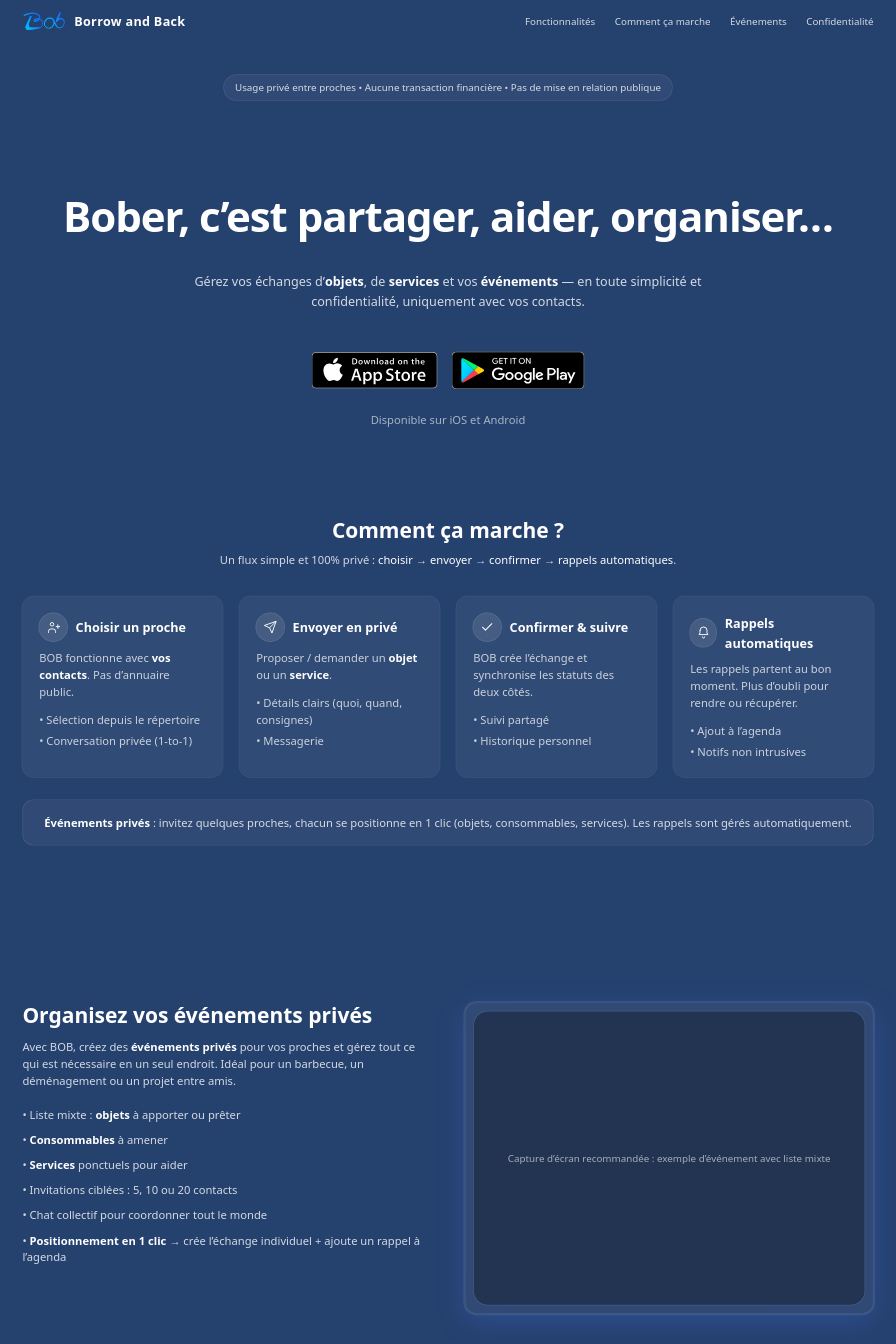
Repository: JeanCharlesMEILLAND/new-bob
Page: /
An editor plug-in stored every save of this project. The page is shown before and after the next save, followed by the edit.
The browser window is 1280 px wide. The pictures show the part of the page from y = 0 to 1920 px (the page is 3274 px tall), at 70% of full size.
The page's requests for data from a server got no answer. The project was rebuilt for these pictures with package versions that can differ from the ones it lists, and the page was loaded fresh each time. The framework's server and built-in components were replaced by stand-ins that run in the browser. No one was signed in, and anything a server would have sent is missing. Also part of the build but not shown: next.config.ts.

Above is the page before, as saved 2025-08-12 15:57:21.

### src/app/layout.tsx
import type { Metadata } from 'next'
import './globals.css'
import { inter, jakarta } from './fonts'
import Navbar from '@/components/Navbar'
import Footer from '@/components/Footer'
import Analytics from '@/components/Analytics'

const name = process.env.NEXT_PUBLIC_SITE_NAME || 'BOB'
const baseUrl = process.env.NEXT_PUBLIC_SITE_URL || 'https://new-bob.vercel.app'

export const metadata: Metadata = {
  metadataBase: new URL(baseUrl),
  title: `${name} — Échanges privés entre proches`,
  description:
    `${name} vous aide à prêter, emprunter et organiser des événements en privé avec vos contacts. ` +
    `Aucune transaction financière. Aucune mise en relation publique.`,
  alternates: { canonical: '/' },
  openGraph: {
    title: `${name} — Échanges privés entre proches`,
    description:
      `Gérez vos prêts d’objets, coups de main et événements avec vos proches — simplement et en toute confidentialité. ` +
      `Pas de paiements, pas d’annuaire public.`,
    url: baseUrl,
    siteName: name,
    images: [
      // Généré par app/opengraph-image.tsx (ci-dessous) + fallback static
      { url: '/api/og', width: 1200, height: 630, alt: `${name} — Aperçu` },
      { url: '/og.png', width: 1200, height: 630, alt: `${name} — Aperçu (fallback)` },
    ],
    locale: 'fr_FR',
    type: 'website',
  },
  twitter: {
    card: 'summary_large_image',
    title: `${name} — Échanges privés entre proches`,
    description: `Prêts d’objets & services entre contacts. Aucune transaction financière.`,
    images: ['/api/og', '/og.png'],
    site: '@', // ton handle si tu en as un
    creator: '@', // idem
  },
  robots: { index: true, follow: true },
}

export default function RootLayout({ children }: { children: React.ReactNode }) {
  return (
    <html lang="fr" className={`${inter.variable} ${jakarta.variable}`}>
      <body className="min-h-screen bg-[--bg] text-[--fg] antialiased">
        <Navbar />
        <main>{children}</main>
        <Footer />
        <Analytics />
      </body>
    </html>
  )
}

### src/app/page.tsx
import Hero from '@/components/sections/Hero'
import Features from '@/components/sections/Features'
import HowItWorks from '@/components/sections/HowItWorks'
import Testimonials from '@/components/sections/Testimonials'
import Events from '@/components/sections/Events'

export default function Page() {
  return (
    <>
      <Hero />
      <HowItWorks />
      <Events />
      <Features />
      <Testimonials />
    </>
  )
}

### src/app/globals.css
@import "tailwindcss";

:root {
  --bg: #25416E;
  --fg: #ffffff;
}

html, body {
  scroll-behavior: smooth;
  background: var(--bg);
  color: var(--fg);
}

/* === Tokens Tailwind v4 pour tes classes custom === */
@theme {
  /* Colors */
  --color-ink: #0f172a;
  --color-brand-50:  #f3f7ff;
  --color-brand-100: #e8efff;
  --color-brand-200: #cfe0ff;
  --color-brand-300: #a6c2ff;
  --color-brand-400: #7ba1ff;
  --color-brand-500: #4b7bff;
  --color-brand-600: #2f5df3;
  --color-brand-700: #2549c6;
  --color-brand-800: #1f3ca0;
  --color-brand-900: #0F55C5;

  /* Radius */
  --radius-xl2: 1.25rem; /* => rounded-xl2 */

  /* Shadows */
  --shadow-glow: 0 0 0 2px rgba(255,255,255,0.08),
                 0 10px 40px rgba(75,123,255,0.25); /* => shadow-glow */
}
.container-gutter {
  @apply mx-auto max-w-7xl px-6 md:px-8;
}

.section {
  @apply py-20 md:py-28;
}

.card {
  @apply rounded-2xl bg-white/5 ring-1 ring-white/10 backdrop-blur;
}

.gradient-text {
  background: linear-gradient(90deg, #0F55C5 0%, #22c55e 100%);
  -webkit-background-clip: text;
  -webkit-text-fill-color: transparent;
  background-clip: text;
  color: transparent;
}

.bg-grid {
  background-image: linear-gradient(to right, rgba(255,255,255,0.06) 1px, transparent 1px),
    linear-gradient(to bottom, rgba(255,255,255,0.06) 1px, transparent 1px);
  background-size: 24px 24px;
}

*:focus-visible {
  outline: 2px solid rgba(75,123,255,0.9);
  outline-offset: 2px;
}

### src/app/fonts.ts
import { Inter, Plus_Jakarta_Sans } from 'next/font/google'

export const inter = Inter({
  subsets: ['latin'],
  variable: '--font-inter',
  display: 'swap',
})

export const jakarta = Plus_Jakarta_Sans({
  subsets: ['latin'],
  variable: '--font-jakarta',
  display: 'swap',
})

### src/components/Navbar.tsx
'use client'

import { useState, useEffect } from 'react'
import Link from 'next/link'
import Image from 'next/image'
import Container from './ui/Container'
import { clsx } from 'clsx'

export default function Navbar() {
  const [scrolled, setScrolled] = useState(false)
  const [open, setOpen] = useState(false)
  const MENU_ID = 'mobile-nav'

  useEffect(() => {
    const onScroll = () => setScrolled(window.scrollY > 12)
    onScroll()
    window.addEventListener('scroll', onScroll)
    return () => window.removeEventListener('scroll', onScroll)
  }, [])

  // Ferme au resize et gère le scroll lock quand le menu est ouvert
  useEffect(() => {
    const close = () => setOpen(false)
    window.addEventListener('resize', close)
    return () => window.removeEventListener('resize', close)
  }, [])

  useEffect(() => {
    if (open) {
      const prev = document.body.style.overflow
      document.body.style.overflow = 'hidden'
      return () => {
        document.body.style.overflow = prev
      }
    }
  }, [open])

  return (
    <header
      className={clsx(
        'fixed inset-x-0 top-0 z-50 transition-all',
        scrolled ? 'bg-black/50 backdrop-blur ' : 'bg-transparent'
      )}
    >
      <Container className={clsx('flex items-center justify-between', scrolled ? 'py-3' : 'py-4')}>
        {/* Logo + texte */}
        <Link href="/" aria-label="Accueil" className="flex items-center gap-3">
          <Image
            src="/bob1.png"
            alt="Logo BOB"
            width={62}
            height={62}
            className=""
            priority
          />
        <div className="flex flex-col leading-tight">
            <span className="text-lg font-bold text-white tracking-wide">Borrow and Back</span>
          </div>
        </Link>

        {/* Nav desktop */}
        <nav aria-label="Navigation principale" className="hidden md:flex items-center gap-7 text-sm text-white/80">
          <a href="#features" className="hover:text-white">Fonctionnalités</a>
          <a href="#how" className="hover:text-white">Comment ça marche</a>
          <a href="#events" className="hover:text-white">Événements</a>
          <a href="#privacy" className="hover:text-white">Confidentialité</a>
        </nav>

        {/* Bouton menu mobile */}
        <button
          type="button"
          className="md:hidden inline-flex items-center justify-center rounded-xl2 px-3 py-2 ring-1 ring-white/10 bg-white/5 text-white/90"
          aria-label={open ? 'Fermer le menu' : 'Ouvrir le menu'}
          aria-controls={MENU_ID}
          aria-expanded={open}
          onClick={() => setOpen(v => !v)}
        >
          <span className="sr-only">Menu</span>
          <div className="space-y-1.5">
            <span className="block h-0.5 w-5 bg-white/90" />
            <span className="block h-0.5 w-5 bg-white/90" />
            <span className="block h-0.5 w-5 bg-white/90" />
          </div>
        </button>
      </Container>

      {/* Overlay + panneau mobile */}
      {/* Overlay sombre flouté pour lisibilité, sous la barre (z-40) */}
      <div
        className={clsx(
          'md:hidden fixed inset-0 z-40 transition-opacity',
          open ? 'opacity-100 pointer-events-auto' : 'opacity-0 pointer-events-none'
        )}
        onClick={() => setOpen(false)}
        aria-hidden={!open}
      >
        <div className="absolute inset-0 bg-black/70 backdrop-blur-sm" />
      </div>

      {/* Panneau du menu (sous la navbar), fond opaque pour lecture */}
      <div
        id={MENU_ID}
        className={clsx(
          'md:hidden fixed inset-x-0 top-0 z-50 pt-20', // pt-20 pour laisser la navbar visible
          open ? 'pointer-events-auto' : 'pointer-events-none'
        )}
      >
        <div
          className={clsx(
            'mx-4 rounded-2xl bg-neutral-900/95 ring-1 ring-white/10 shadow-lg transition-[max-height] duration-300 ease-out overflow-hidden',
            open ? 'max-h-96' : 'max-h-0'
          )}
        >
          <nav aria-label="Navigation mobile" className="flex flex-col gap-1 p-2 text-sm text-white/90">
            <a href="#features" onClick={() => setOpen(false)} className="rounded-lg px-3 py-3 hover:bg-white/5">
              Fonctionnalités
            </a>
            <a href="#how" onClick={() => setOpen(false)} className="rounded-lg px-3 py-3 hover:bg-white/5">
              Comment ça marche
            </a>
            <a href="#events" onClick={() => setOpen(false)} className="rounded-lg px-3 py-3 hover:bg-white/5">
              Événements
            </a>
            <a href="#privacy" onClick={() => setOpen(false)} className="rounded-lg px-3 py-3 hover:bg-white/5">
              Confidentialité
            </a>
          </nav>
        </div>
      </div>
    </header>
  )
}

### src/components/Footer.tsx
import Container from './ui/Container'

export default function Footer() {
  return (
    <footer className="border-t border-white/10 py-10 text-sm">
      <Container className="flex flex-col md:flex-row items-center justify-between gap-6 text-white/60">
        <p>© {new Date().getFullYear()} Bob App — Tous droits réservés.</p>
        <div className="flex items-center gap-6">
          <a href="/legal/terms" className="hover:text-white/90">CGU</a>
          <a href="/legal/privacy" className="hover:text-white/90">Vie privée</a>
          <a href="mailto:hello@bobapp.fr" className="hover:text-white/90">Contact</a>
        </div>
      </Container>
    </footer>
  )
}

### src/components/Analytics.tsx
'use client'

import Script from 'next/script'

export default function Analytics() {
  const gaId = process.env.NEXT_PUBLIC_GA_ID
  if (!gaId) return null

  return (
    <>
      <Script
        src={`https://www.googletagmanager.com/gtag/js?id=${gaId}`}
        strategy="afterInteractive"
      />
      <Script id="ga" strategy="afterInteractive">
        {`
        window.dataLayer = window.dataLayer || [];
        function gtag(){dataLayer.push(arguments);}
        gtag('js', new Date());
        gtag('config', '${gaId}');
        `}
      </Script>
    </>
  )
}

### src/components/sections/Hero.tsx
// components/sections/Hero.tsx
import Image from 'next/image'
import Container from '@/components/ui/Container'

export default function Hero() {
  return (
    <section className="relative pt-28 pb-4"> {/* ↓ avant pt-48, donc badge + haut */}
      {/* Fonds décoratifs */}
      <div className="absolute inset-0 -z-10 bg-hero-radial bg-no-repeat opacity-70" />
      <div className="absolute inset-0 -z-20 bg-grid opacity-[0.25] [mask-image:radial-gradient(circle at center,black,transparent_70%)]" />

      <Container className="text-center  space-y-10">
        {/* Badge conformité */}
        <div className="-mt-6 inline-flex items-center gap-2 rounded-full border border-white/10 bg-white/5 px-4 py-2 text-sm text-white/80">
          Usage privé entre proches • Aucune transaction financière • Pas de mise en relation publique
        </div>

        {/* Titre principal */}
        <h1 className="mt-22 text-5xl font-extrabold tracking-tight sm:text-6xl leading-tight">
          <span className="">Bober</span>, c’est partager, aider, organiser…
        </h1>

        {/* Sous-titre */}
        <p className="mx-auto max-w-3xl text-lg text-white/80 leading-relaxed">
          Gérez vos échanges d’<strong className="text-white">objets</strong>, de{' '}
          <strong className="text-white">services</strong> et vos{' '}
          <strong className="text-white">événements</strong>  — en toute simplicité et confidentialité,
          uniquement avec vos contacts.
        </p>

        {/* Badges stores */}
        <div id="download" className="flex flex-wrap items-center justify-center gap-5 pt-4">
          <a
            href="https://apps.apple.com/app/idXXXXXXXXX"
            aria-label="Télécharger BOB sur l’App Store"
            className="inline-flex"
            target="_blank" rel="noopener noreferrer"
          >
            <Image src="/app-badges/appstore.svg" alt="Disponible sur l’App Store" width={180} height={54} priority />
          </a>
          <a
            href="https://play.google.com/store/apps/details?id=com.bobapp"
            aria-label="Télécharger BOB sur Google Play"
            className="inline-flex"
            target="_blank" rel="noopener noreferrer"
          >
            <Image src="/app-badges/playstore.svg" alt="Disponible sur Google Play" width={190} height={54} priority />
          </a>
        </div>

        {/* Légende rapprochée */}
        <p className="text-base text-white/60 -mt-2">Disponible sur iOS et Android</p>

      </Container>
    </section>
  )
}

### src/components/sections/Features.tsx
// components/sections/Features.tsx
import Container from '@/components/ui/Container'

/** Icônes minimalistes (stroke = currentColor) */
const IconShield = () => (
  <svg width="20" height="20" viewBox="0 0 24 24" fill="none" aria-hidden>
    <path d="M12 3 4.5 6v6.5c0 4.2 3.3 7.6 7.5 8.5 4.2-.9 7.5-4.3 7.5-8.5V6L12 3Z" stroke="currentColor" strokeWidth="1.6" />
    <path d="M9 12l2 2 4-4" stroke="currentColor" strokeWidth="1.8" strokeLinecap="round" strokeLinejoin="round"/>
  </svg>
)
const IconPeople = () => (
  <svg width="20" height="20" viewBox="0 0 24 24" fill="none" aria-hidden>
    <circle cx="8" cy="8" r="3" stroke="currentColor" strokeWidth="1.6" />
    <path d="M14 11a3 3 0 1 0 0-6" stroke="currentColor" strokeWidth="1.6" />
    <path d="M2 20a6 6 0 0 1 12 0" stroke="currentColor" strokeWidth="1.6" />
    <path d="M14 20a6 6 0 0 1 8 0" stroke="currentColor" strokeWidth="1.6" />
  </svg>
)
const IconBoxTool = () => (
  <svg width="20" height="20" viewBox="0 0 24 24" fill="none" aria-hidden>
    <path d="M3 7l9 4 9-4M3 7l9-4 9 4M3 7v10l9 4 9-4V7" stroke="currentColor" strokeWidth="1.6" strokeLinejoin="round"/>
  </svg>
)
const IconCalendarBell = () => (
  <svg width="20" height="20" viewBox="0 0 24 24" fill="none" aria-hidden>
    <rect x="3" y="4" width="18" height="16" rx="2" stroke="currentColor" strokeWidth="1.6"/>
    <path d="M3 8h18" stroke="currentColor" strokeWidth="1.6"/>
    <path d="M9 15a3 3 0 0 1 6 0v1l1 2H8l1-2v-1" stroke="currentColor" strokeWidth="1.6" strokeLinecap="round"/>
  </svg>
)
const IconChat = () => (
  <svg width="20" height="20" viewBox="0 0 24 24" fill="none" aria-hidden>
    <path d="M21 12a7 7 0 0 1-7 7H7l-4 3V12a7 7 0 0 1 7-7h4a7 7 0 0 1 7 7Z" stroke="currentColor" strokeWidth="1.6" strokeLinejoin="round"/>
    <path d="M8.5 11h7M8.5 14h4" stroke="currentColor" strokeWidth="1.6" strokeLinecap="round"/>
  </svg>
)
const IconListEvent = () => (
  <svg width="20" height="20" viewBox="0 0 24 24" fill="none" aria-hidden>
    <rect x="4" y="5" width="16" height="15" rx="2" stroke="currentColor" strokeWidth="1.6"/>
    <path d="M4 9h16M8 3v4M16 3v4" stroke="currentColor" strokeWidth="1.6" strokeLinecap="round"/>
    <path d="M8 12h6" stroke="currentColor" strokeWidth="1.6" strokeLinecap="round"/>
    <circle cx="17" cy="15" r="1.5" stroke="currentColor" strokeWidth="1.6"/>
  </svg>
)

const FEATURES = [
  {
    title: 'Entre proches uniquement',
    desc: 'Fonctionne avec vos contacts du téléphone. Pas d’annuaire public, pas d’inconnus.',
    icon: <IconPeople />,
  },
  {
    title: 'Objets & services, simplement',
    desc: 'Proposer / demander en privé : un geste, un “OK”, et c’est suivi.',
    icon: <IconBoxTool />,
  },
  {
    title: 'Événements privés',
    desc: 'Invitez un petit groupe. Liste mixte (objets, consommables, services) et positionnement en 1 clic.',
    icon: <IconListEvent />,
  },
  {
    title: 'Rappels & agenda',
    desc: 'Rappels automatiques des deux côtés et ajout à l’agenda pour éviter les oublis.',
    icon: <IconCalendarBell />,
  },
  {
    title: 'Messagerie intégrée',
    desc: '1-to-1 pour les échanges, chat d’événement pour coordonner rapidement.',
    icon: <IconChat />,
  },
  {
    title: 'Confidentialité par design',
    desc: 'Aucune transaction financière. Aucune mise en relation publique. Historique personnel.',
    icon: <IconShield />,
  },
]

export default function Features() {
  return (
    <section id="features" className="section pb-12 md:pb-16">
      <Container>
        {/* En-tête */}
        <div className="text-center max-w-3xl mx-auto">
          <h2 className="text-3xl font-bold">Fonctionnalités clés</h2>
          <p className="mt-3 text-white/80">
            BOB structure les échanges privés entre proches — objets, services et événements.
          </p>
        </div>

        {/* Cartes */}
        <div className="mt-10 grid gap-6 sm:grid-cols-2 lg:grid-cols-3">
          {FEATURES.map((f) => (
            <article key={f.title} className="rounded-2xl bg-white/5 ring-1 ring-white/10 p-6 hover:shadow-glow transition-shadow">
              <div className="flex items-center gap-3">
                <div className="flex h-10 w-10 items-center justify-center rounded-full bg-white/10 ring-1 ring-white/20 text-white">
                  {f.icon}
                </div>
                <h3 className="text-lg font-semibold">{f.title}</h3>
              </div>
              <p className="mt-3 text-white/75">{f.desc}</p>
            </article>
          ))}
        </div>

        {/* Bandeau conformité (discret) */}
        <p className="mt-8 text-center text-sm text-white/60">
          Usage privé entre proches • Aucune transaction financière • Pas de mise en relation publique
        </p>
      </Container>
    </section>
  )
}

### src/components/sections/Testimonials.tsx
import Container from '../ui/Container'

const TESTIMONIALS = [
  {
    name: 'Sarah, présidente d’asso',
    text: 'On a évité l’achat de matériel en doublon. L’interface est simple et tout le monde s’y retrouve.',
  },
  {
    name: 'Karim, voisinage',
    text: 'On se prête outillage et jeux pour les enfants. Les rappels évitent les oublis.',
  },
  {
    name: 'Élodie, RH',
    text: 'Parfait pour animer un collectif interne sur plusieurs sites. Traçabilité légère mais suffisante.',
  },
]

export default function Testimonials() {
  return (
    <section id="testimonials" className="section pt-12 md:pt-16">
      <Container>
        <h2 className="text-3xl font-bold">Ils en parlent</h2>
        <div className="mt-8 grid gap-6 md:grid-cols-3">
          {TESTIMONIALS.map((t) => (
            <figure key={t.name} className="card p-6">
              <blockquote className="text-white/90">&ldquo;{t.text}&rdquo;</blockquote>
              <figcaption className="mt-4 text-white/60">— {t.name}</figcaption>
            </figure>
          ))}
        </div>
      </Container>
    </section>
  )
}

### src/components/sections/Events.tsx
// components/sections/Events.tsx
import Container from '@/components/ui/Container'
import Image from 'next/image'

export default function Events() {
  return (
    <section id="events" className="section">
      <Container>
        <div className="grid items-start gap-12 lg:grid-cols-2">
          {/* Texte explicatif */}
          <div>
            <h2 className="text-3xl font-bold">
              Organisez vos événements privés
            </h2>
            <p className="mt-4 text-white/80">
              Avec BOB, créez des <strong className="text-white">événements privés</strong> pour vos proches et gérez
              tout ce qui est nécessaire en un seul endroit. Idéal pour un barbecue, un déménagement ou un projet entre amis.
            </p>
            <ul className="mt-6 space-y-3 text-white/80">
              <li>• Liste mixte : <strong className="text-white">objets</strong> à apporter ou prêter</li>
              <li>• <strong className="text-white">Consommables</strong> à amener</li>
              <li>• <strong className="text-white">Services</strong> ponctuels pour aider</li>
              <li>• Invitations ciblées : 5, 10 ou 20 contacts</li>
              <li>• Chat collectif pour coordonner tout le monde</li>
              <li>• <strong className="text-white">Positionnement en 1 clic</strong> → crée l’échange individuel + ajoute un rappel à l’agenda</li>
            </ul>
          </div>

          {/* Visuel placeholder */}
          <div className="rounded-2xl border border-white/10 bg-white/5 p-3 shadow-glow">
            <div className="aspect-[4/3] w-full rounded-xl2 bg-black/30 ring-1 ring-white/10 flex items-center justify-center text-white/60">
              <span className="text-sm text-center px-4">
                Capture d’écran recommandée : exemple d’événement avec liste mixte
              </span>
            </div>
          </div>
        </div>
      </Container>
    </section>
  )
}

### src/components/ui/Container.tsx
import clsx from "clsx"

export default function Container({
  children,
  className
}: {
  children: React.ReactNode
  className?: string
}) {
  return <div className={clsx('container-gutter', className)}>{children}</div>
}

Loaded but not shown: src/components/sections/HowItWorks.tsx (126 lines, source omitted)

After the next save:
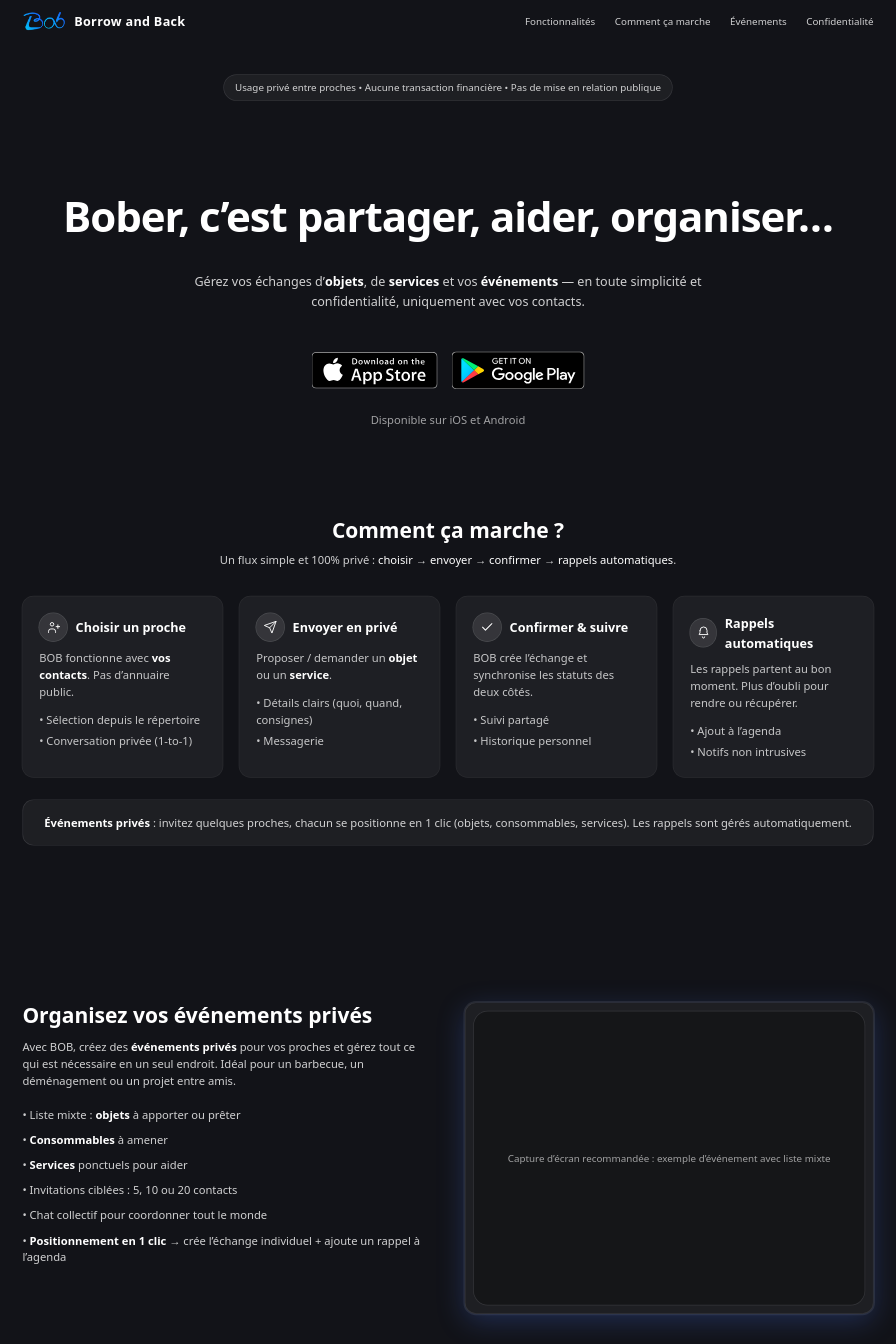
Saved 69 s later.
--- a/src/app/globals.css
+++ b/src/app/globals.css
@@ -1,7 +1,7 @@
 @import "tailwindcss";
 
 :root {
-  --bg: #25416E;
+  --bg: #121318;
   --fg: #ffffff;
 }
 
